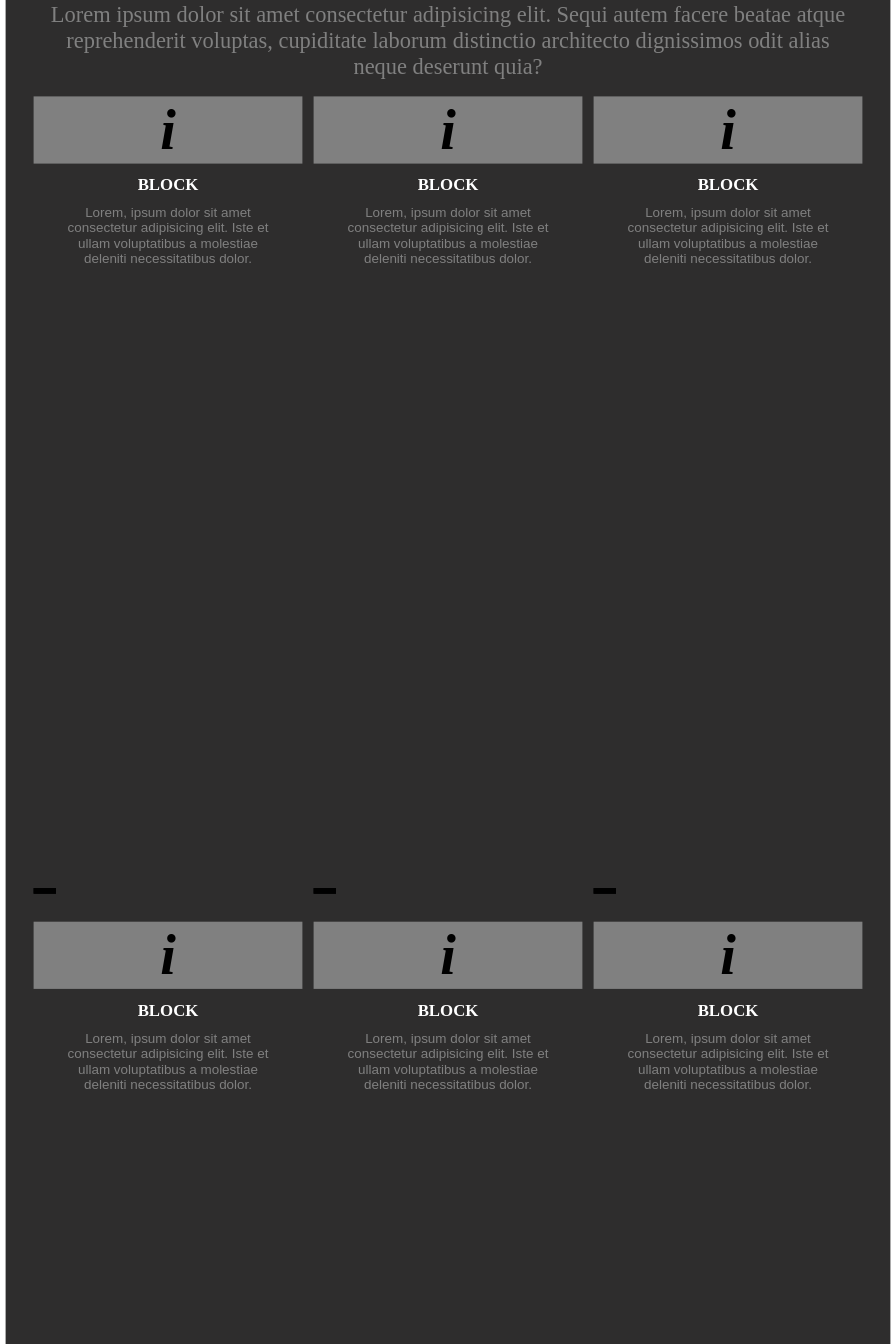
Repository: MohmdMHR/limesharp-test
Page: /
An editor plug-in stored every save of this project. The page is shown before and after the next save, followed by the edit.
The browser window is 1280 px wide. The pictures show the part of the page from y = 384 to 2304 px (the page is 4300 px tall), at 70% of full size.
The project was rebuilt for these pictures with package versions that can differ from the ones it lists, and the page was loaded fresh each time. Also part of the build but not shown: vue.config.js.

Above is the page before, as saved 2022-07-20 17:59:22.

### src/main.js
import Vue from "vue";
import Main from "./Main.vue";

Vue.config.productionTip = false;

new Vue({
  render: (h) => h(Main),
}).$mount("#app");

### src/Main.vue
<template>
  <div class="main container">
    <h1 class="main-title">Experienced & multi-talented</h1>
    <hr class="spacer" />
    <div class="main-content">
      Lorem ipsum dolor sit amet consectetur adipisicing elit. Sequi autem
      facere beatae atque reprehenderit voluptas, cupiditate laborum distinctio
      architecto dignissimos odit alias neque deserunt quia?
    </div>
    <div class="cards-container">
      <card
        v-for="(card, index) in numberOfCards"
        :key="index"
        title="block"
      ></card>
    </div>
  </div>
</template>

<script>
import Card from "./components/card.vue";

export default {
  name: "App",
  components: {
    Card,
  },
  data() {
    return {
      numberOfCards: 8,
    };
  },
};
</script>

<style lang="scss" scoped>
.main {
  padding: 15rem 2rem;
  background-color: rgb(46, 45, 45);
}
.main-title {
  color: white;
  text-align: center;
  font-size: 3rem;
}
.spacer {
  border-top: 3px solid white;
  width: 5rem;
}
.main-content {
  color: gray;
  text-align: center;
  margin: 1rem 2rem;
  font-size: 2rem;
}
.cards-container {
  display: grid;
  grid-template-columns: repeat(auto-fit, 25rem);
  justify-content: center;
}
</style>

### src/components/card.vue
<template>
  <div class="card container">
    <div class="card-banner-img">i</div>
    <div class="card-content">
      <h1 class="card-content-title">{{ title }}</h1>
      <p class="card-content-text" :class="{ collapsed: collapsed }">
        Lorem, ipsum dolor sit amet consectetur adipisicing elit. Iste et ullam
        voluptatibus a molestiae deleniti necessitatibus dolor.
      </p>
    </div>

    <div
      class="card-btn"
      :class="{ toggled: collapsed }"
      @click="collapse()"
    ></div>
  </div>
</template>

<script>
export default {
  name: "SingleCard",
  data() {
    return {
      collapsed: false,
    };
  },
  props: {
    title: {
      type: String,
      Default: "Block",
    },
  },
  methods: {
    collapse() {
      this.collapsed = !this.collapsed;
    },
  },
};
</script>

<style lang="scss" scoped>
.card {
  border-radius: 0.5rem;
  position: relative;
  margin: 0.5rem;
}
.card-banner-img {
  overflow: hidden;
  background-color: gray;
  justify-content: center;
  display: flex;
  align-items: center;
  height: 6rem;
  font-weight: bold;
  font-style: italic;
  font-size: 5rem;
}
.card-content-title {
  color: white;
  text-transform: uppercase;
  text-align: center;

  font-size: 1.5rem;
}
.card-content-text {
  color: gray;
  text-align: center;
  height: 60rem;
  margin: 1rem 2rem;
  font-family: "proxima-nova", sans-serif;
  font-size: 1.2rem;
  &.collapsed {
    height: 100%;

    position: absolute;
    z-index: 1;
  }
}
.card-btn {
  cursor: pointer;
  height: 2rem;
  position: relative;
  width: 2rem;
  &:before,
  &:after {
    background: black;
    content: "";
    height: 0.5rem;
    left: 0;
    position: absolute;
    top: 0;
    width: 2rem;
    transition: transform 500ms ease;
  }
  &:after {
    transform-origin: center;
  }
  &.toggled {
    &:after {
      transform: rotate(90deg);
    }
    &:before {
      transform: rotate(180deg);
    }
  }
}
</style>

Loaded but not shown: public/index.html (common file)

After the next save:
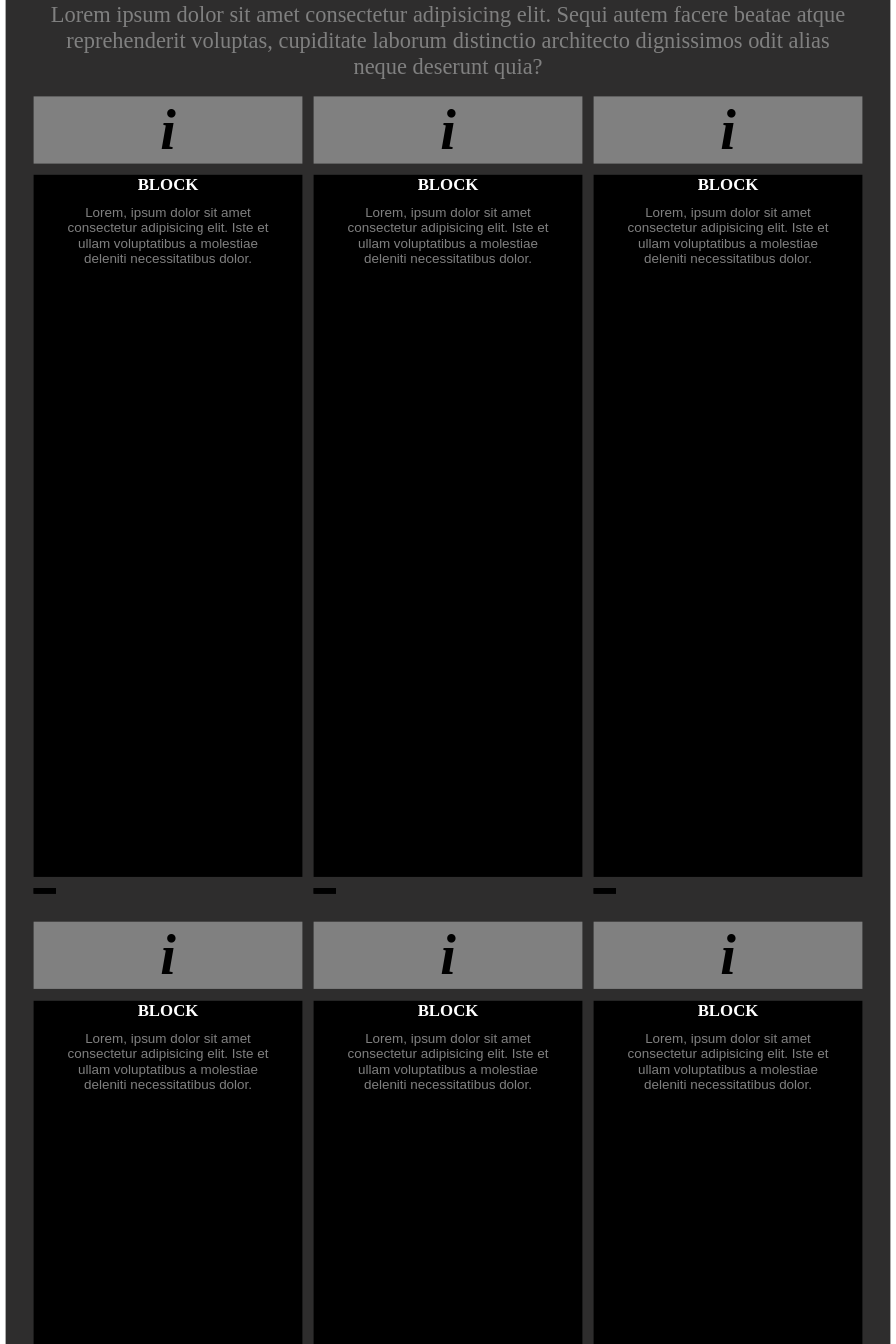
Saved 44 s later.
--- a/src/components/card.vue
+++ b/src/components/card.vue
@@ -56,6 +56,9 @@ export default {
   font-style: italic;
   font-size: 5rem;
 }
+.card-content {
+  background: black;
+}
 .card-content-title {
   color: white;
   text-transform: uppercase;
